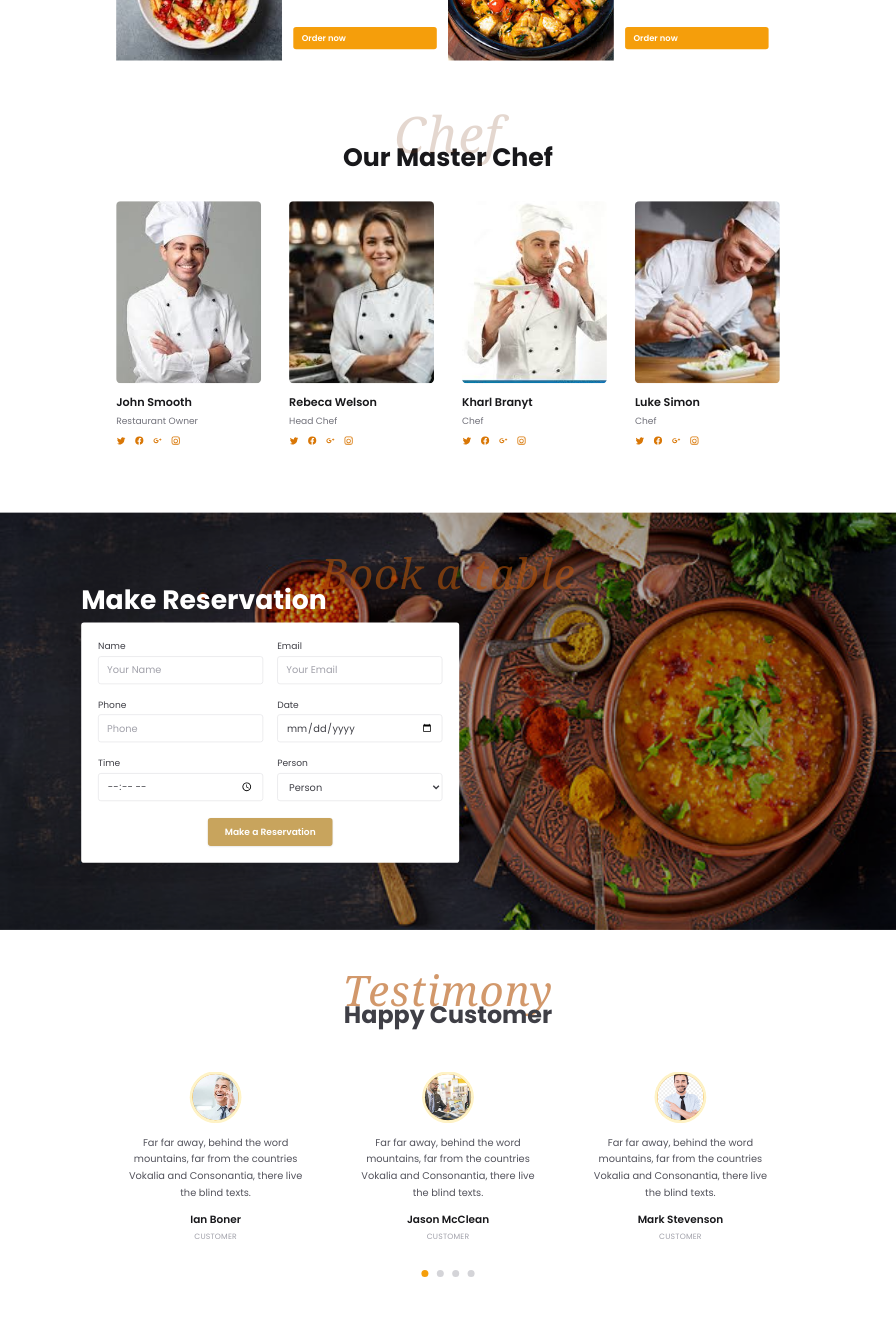
Repository: Purniagithub/Benttacproject
Page: /
The author's editor kept a copy of each file at every save. The page is drawn from the files as they stood at one save, then again after the next save.
The browser window is 1280 px wide. The pictures show the part of the page from y = 2379 to 4299 px (the page is 4299 px tall before and 4267 px after), at 70% of full size.
Some web fonts or font styles are not loaded; a fallback is used. The project was rebuilt for these pictures with package versions that can differ from the ones it lists, and the page was loaded fresh each time. Also part of the build but not shown: vite.config.js.

Above is the page before, as saved 2025-08-21 19:54:45.

After the next save:
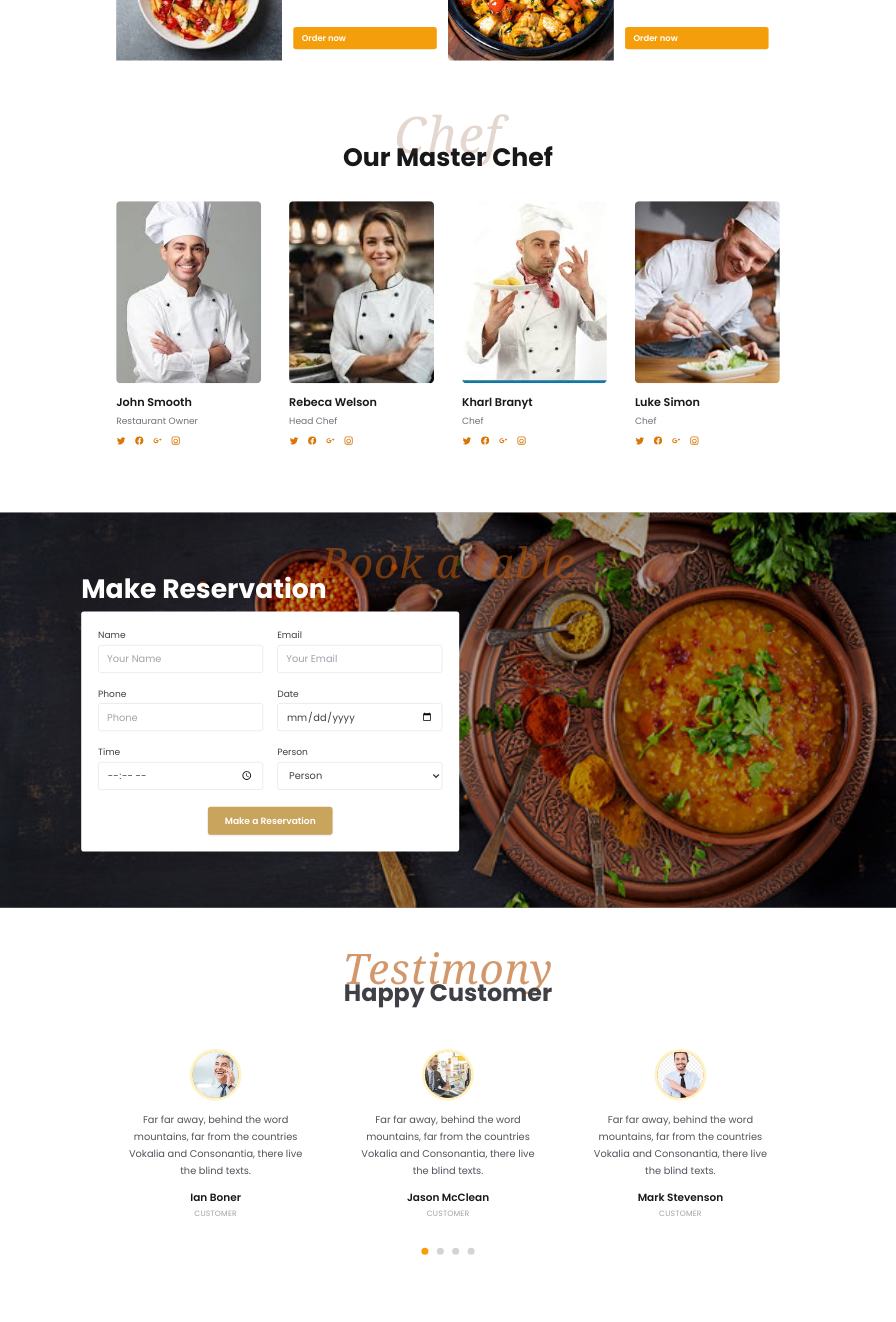
Saved 8 s later.
--- a/src/components/ReservationTestimonials.jsx
+++ b/src/components/ReservationTestimonials.jsx
@@ -139,7 +139,7 @@
         }}
       >
         <div className="absolute inset-0 bg-black/30" />
-        <div className="relative mx-auto max-w-[1080px] px-4 py-20 sm:py-24">
+        <div className="relative mx-auto max-w-[1080px] px-4 py-20 sm:py-20">
           {/* Text on top */}
           <div className="relative mb-1">
             <Accent text="Book a table" />

After the save that followed:
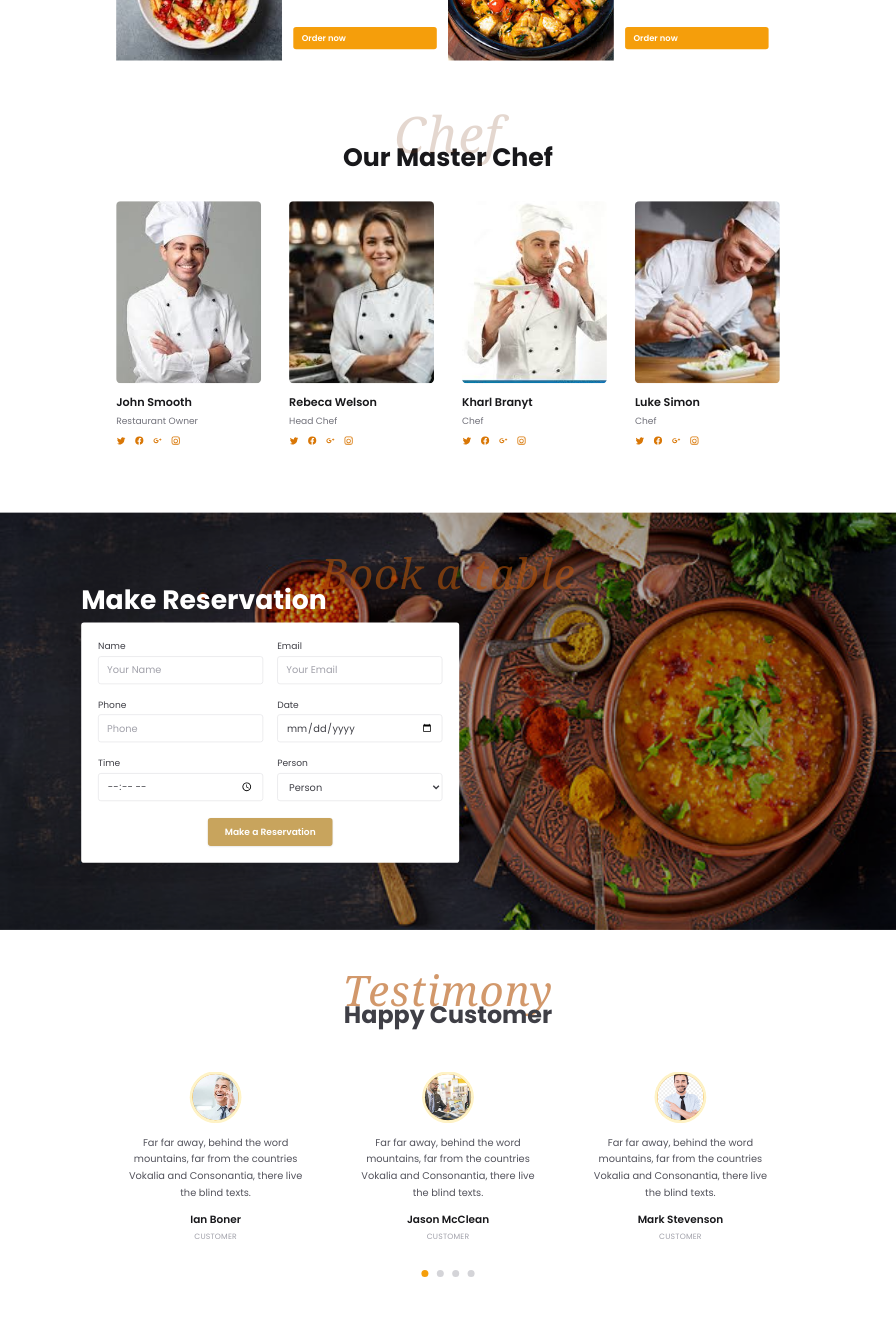
Saved 9 s later.
--- a/src/components/ReservationTestimonials.jsx
+++ b/src/components/ReservationTestimonials.jsx
@@ -139,7 +139,7 @@
         }}
       >
         <div className="absolute inset-0 bg-black/30" />
-        <div className="relative mx-auto max-w-[1080px] px-4 py-20 sm:py-20">
+        <div className="relative mx-auto max-w-[1080px] px-4 py-20 sm:py-24">
           {/* Text on top */}
           <div className="relative mb-1">
             <Accent text="Book a table" />
